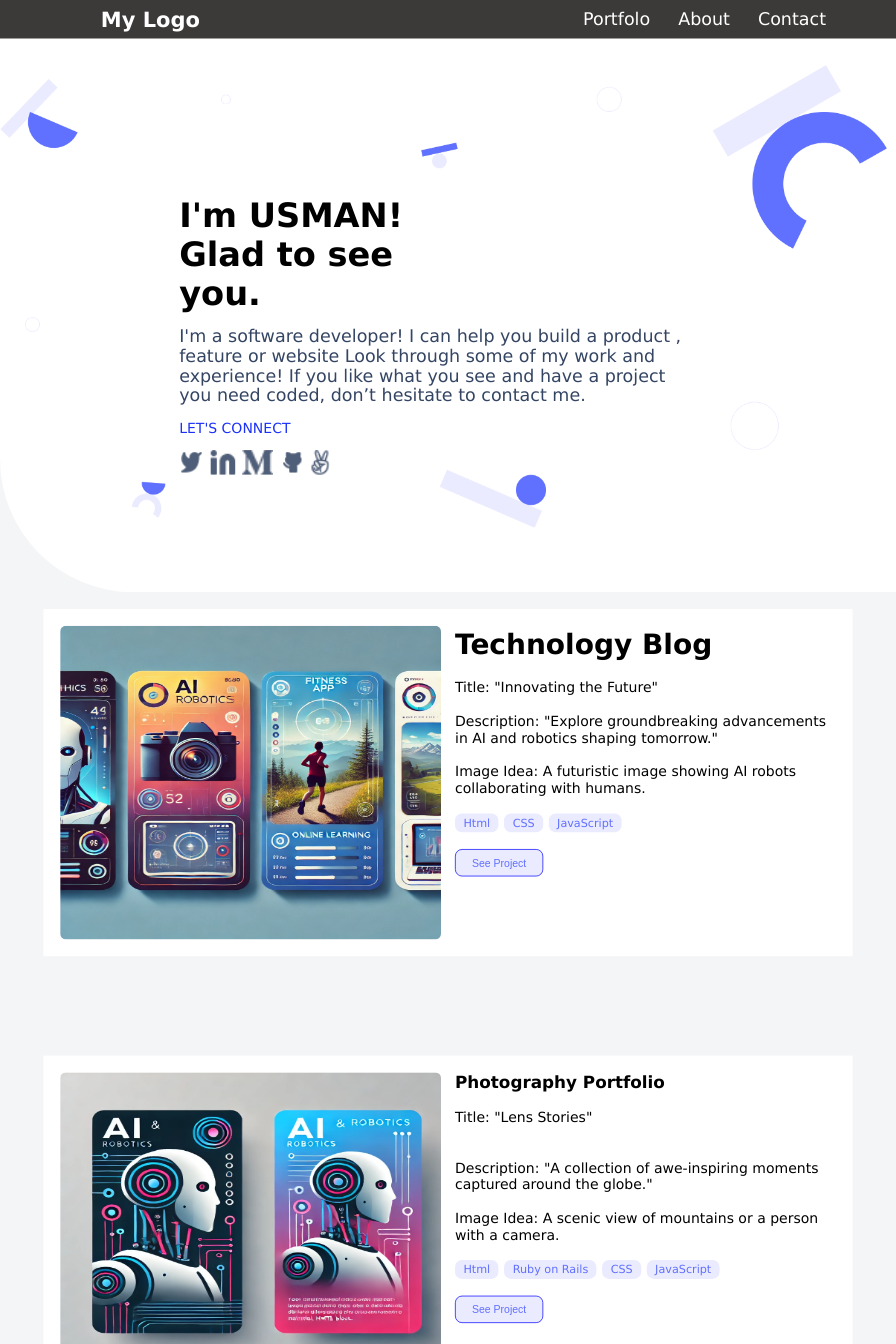
Repository: usman3123/portfolio-template-3
Page: portfolio.html
An editor plug-in stored every save of this project. The page is shown before and after the next save, followed by the edit.
The browser window is 1280 px wide. The pictures show the part of the page from y = 0 to 1920 px (the page is 3892 px tall before and 3046 px after), at 70% of full size.
Some web libraries are served in a nearby version.

Above is the page before, as saved 2025-01-26 09:23:57.
Not found: index.js

After the next save:
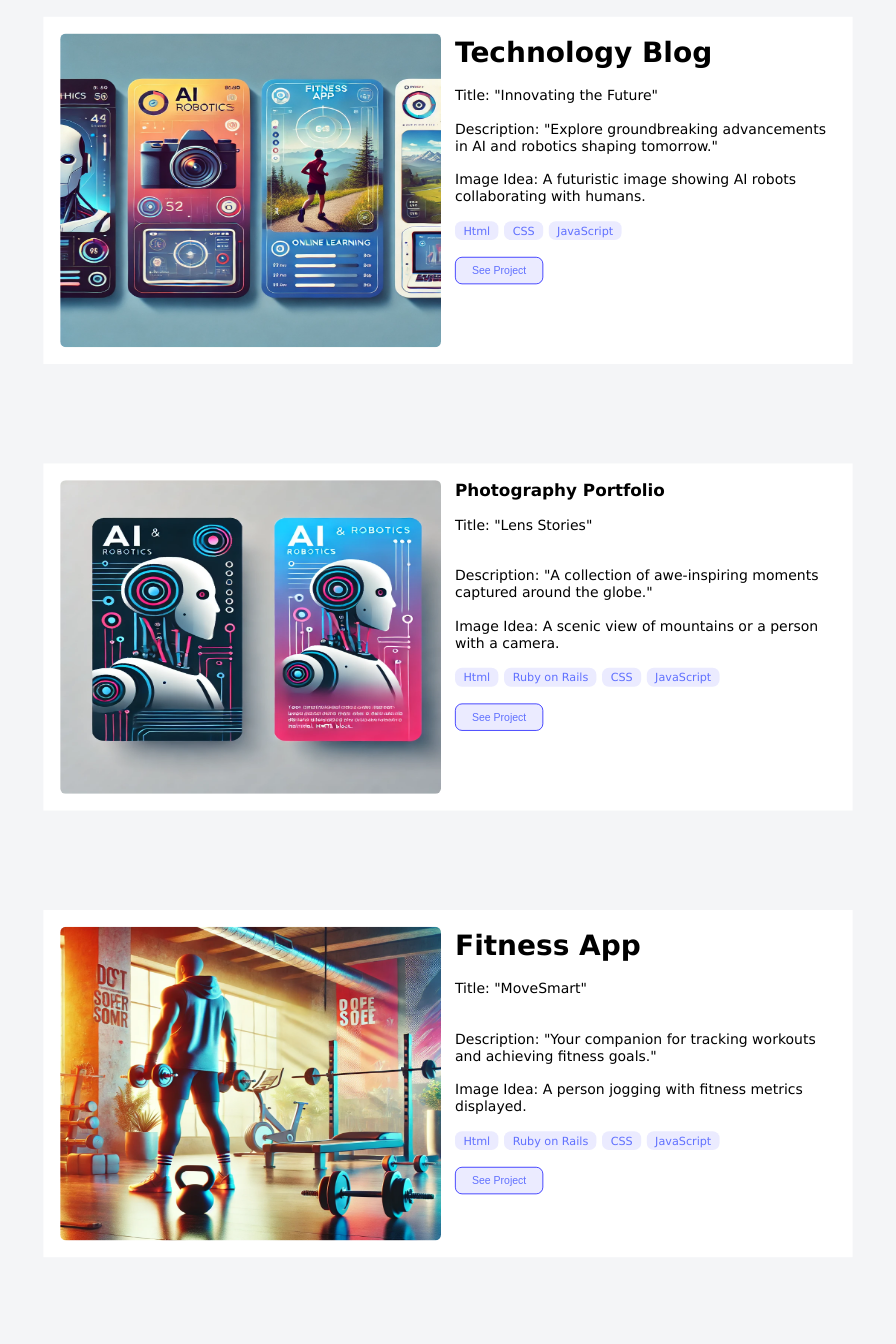
Saved 25 h 29 min later.
--- a/portfolio.html
+++ b/portfolio.html
@@ -20,7 +20,7 @@
   <!-- Navbar -->
 
  <div class="hero-page">
-  <div class="header-div">
+  <!-- <div class="header-div">
     <nav class="nav-bar flex">
         <h4 class="nav-heading">My Logo</h4>
         <div class="nav-links flex">
@@ -30,10 +30,10 @@
         </div>
         <i class="fa-solid fa-light fa-bars fa-xl " id="nav-icon"></i>
     </nav>
-</div>
+</div> -->
 
   <!-- Main Content -->
-  <section id="myportfolio" class="hero-section flex">
+  <!-- <section id="myportfolio" class="hero-section flex">
     <div class="hero-content flex">
         <h1 class="hero-head"> I'm USMAN!
           Glad to see you.
@@ -51,7 +51,7 @@
           <img src="assets/V.png" class="media-icon">
       </div>
     </div>
-  </section>
+  </section>  -->
 
  </div>
   <!-- Cards Section -->

After the save that followed:
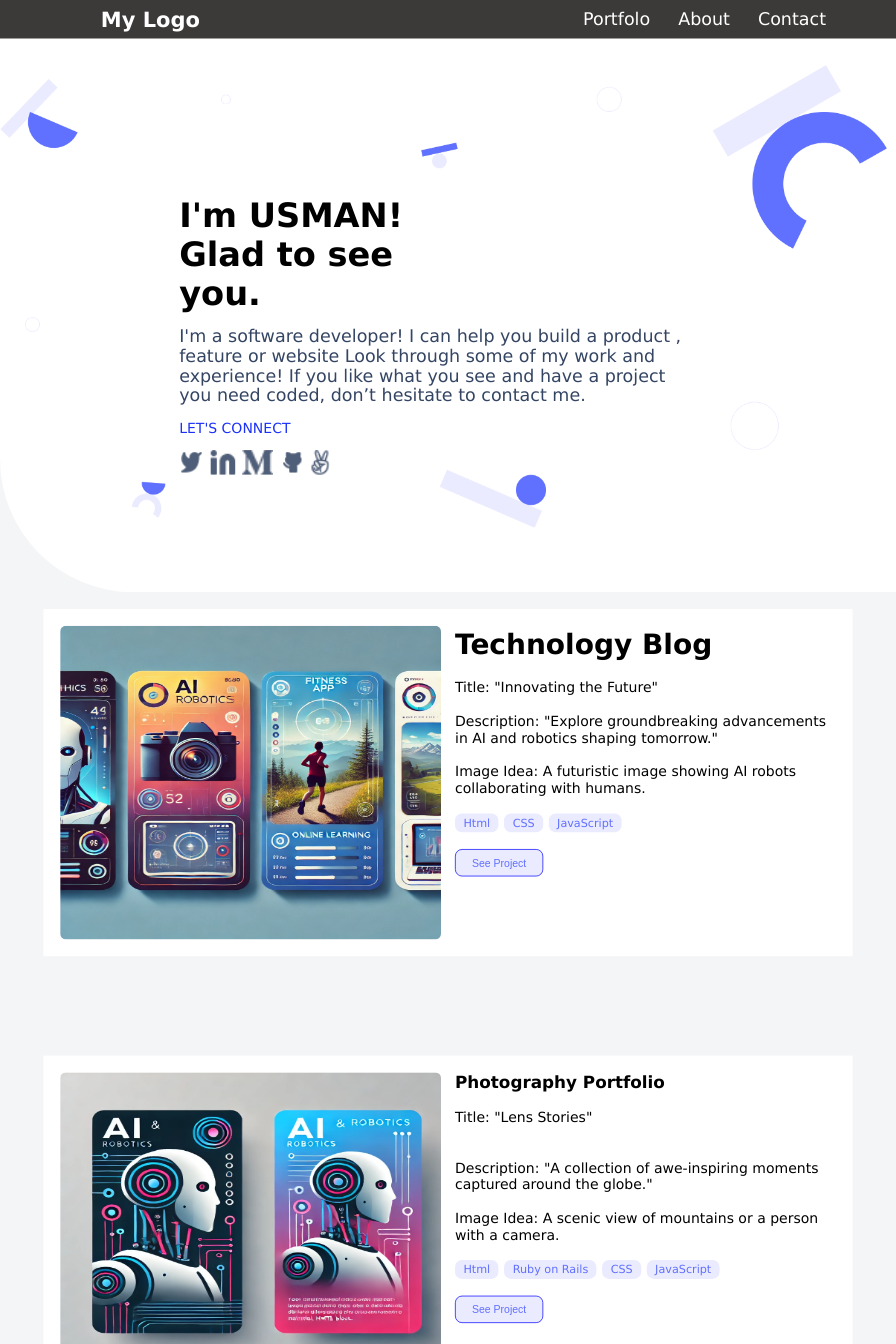
Saved 15 s later.
--- a/portfolio.html
+++ b/portfolio.html
@@ -20,7 +20,7 @@
   <!-- Navbar -->
 
  <div class="hero-page">
-  <!-- <div class="header-div">
+  <div class="header-div">
     <nav class="nav-bar flex">
         <h4 class="nav-heading">My Logo</h4>
         <div class="nav-links flex">
@@ -30,10 +30,10 @@
         </div>
         <i class="fa-solid fa-light fa-bars fa-xl " id="nav-icon"></i>
     </nav>
-</div> -->
+</div>
 
   <!-- Main Content -->
-  <!-- <section id="myportfolio" class="hero-section flex">
+  <section id="myportfolio" class="hero-section flex">
     <div class="hero-content flex">
         <h1 class="hero-head"> I'm USMAN!
           Glad to see you.
@@ -51,7 +51,7 @@
           <img src="assets/V.png" class="media-icon">
       </div>
     </div>
-  </section>  -->
+  </section>
 
  </div>
   <!-- Cards Section -->
